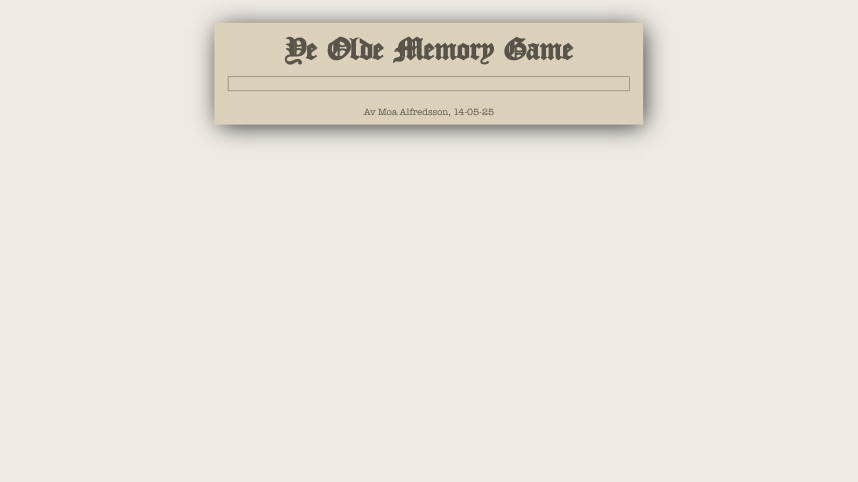
Repository: ma223md/1dv403-laborationer
Page: 3-gameon/memory/index.html
The author's editor kept a record of every edit. The page is drawn from the files as they stood at one moment, then again after the next edit.
The browser window is 1280 px wide. The pictures show the whole page, at 67% of full size.

Above is the page before.
Console error: SyntaxError: Unexpected token ','

After the next edit:
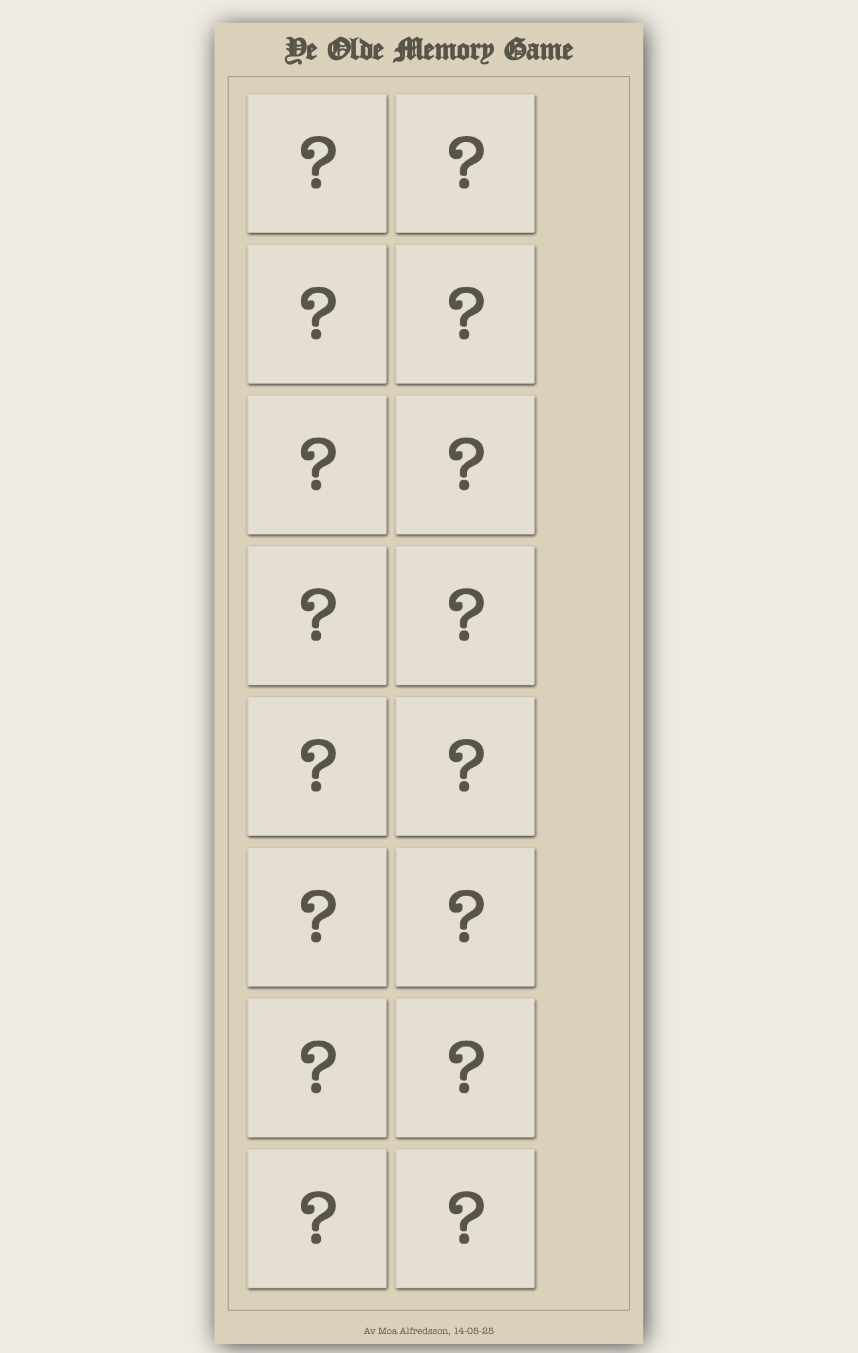
Console error: ReferenceError: turnBrick is not defined
The edit:
--- a/3-gameon/memory/js/memory.js
+++ b/3-gameon/memory/js/memory.js
@@ -33,7 +33,7 @@
                 turnBrick(Memory.memoryBricks[i])
                 return false;
             };
-        },
+        }
 
         //function for turning bricks
         turnBrick = function(brickID){
